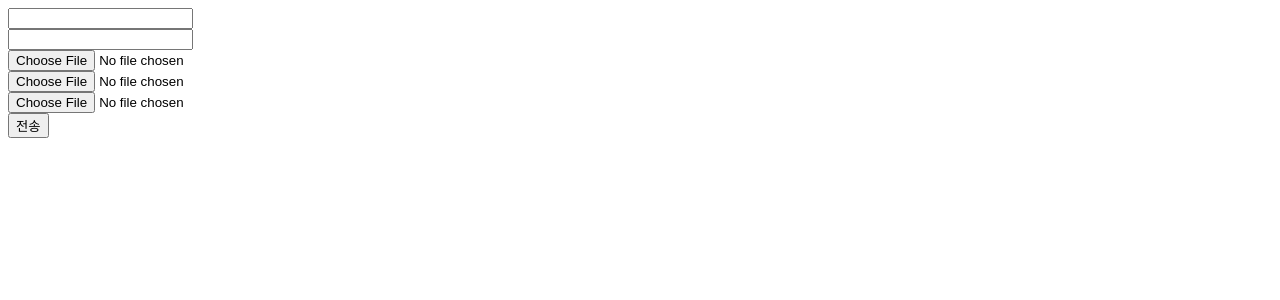
Repository: Rysdne/04_Spring
Page: http://localhost/demo-4/fileformjson.jsp
An editor plug-in stored every save of this project. The page is shown before and after the next save, followed by the edit.
The browser window is 1280 px wide. The pictures show the whole page.
The page is served by Tomcat 9. Other server files are loaded and not shown.

Above is the page before, as saved 2022-09-13 02:24:01.

### demo-4/src/main/webapp/fileformjson.jsp
<%@ page language="java" contentType="text/html; charset=EUC-KR"
	pageEncoding="EUC-KR"%>
<!DOCTYPE html>
<html>
<head>
<meta charset="EUC-KR">
<title>Insert title here</title>
<script
	src="https://ajax.googleapis.com/ajax/libs/jquery/3.5.1/jquery.min.js"></script>

<script>
	function jsonformsend() {
		// 일반 String : json 형태
		// 파일 데이터 : fomrData 형태
		var data = {"key":$('#key').val(), "value":$('#value').val()}
		var formData = new FormData();
		formData.append();
		fomrData.append("file1",$('#file1')[0].files[0]);
	}
</script>

</head>
<body>

	<input type="text" id="key" name="key">
	<br>
	<input type="text" id="value" name="value">
	<br>
	<input type="file" id="file1" name="file1">
	<br>
	<input type="file" id="file2" name="file2">
	<br>
	<input type="file" id="file3" name="file3">
	<br>
	<input type="button" value="전송" onclick="jsonformsend()">

</body>
</html>

After the next save:
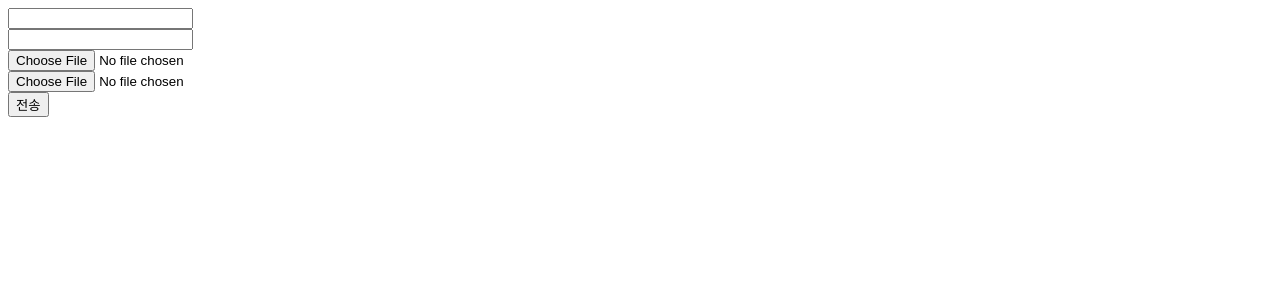
Saved 44 s later.
--- a/demo-4/src/main/webapp/fileformjson.jsp
+++ b/demo-4/src/main/webapp/fileformjson.jsp
@@ -30,8 +30,6 @@
 	<br>
 	<input type="file" id="file2" name="file2">
 	<br>
-	<input type="file" id="file3" name="file3">
-	<br>
 	<input type="button" value="전송" onclick="jsonformsend()">
 
 </body>
